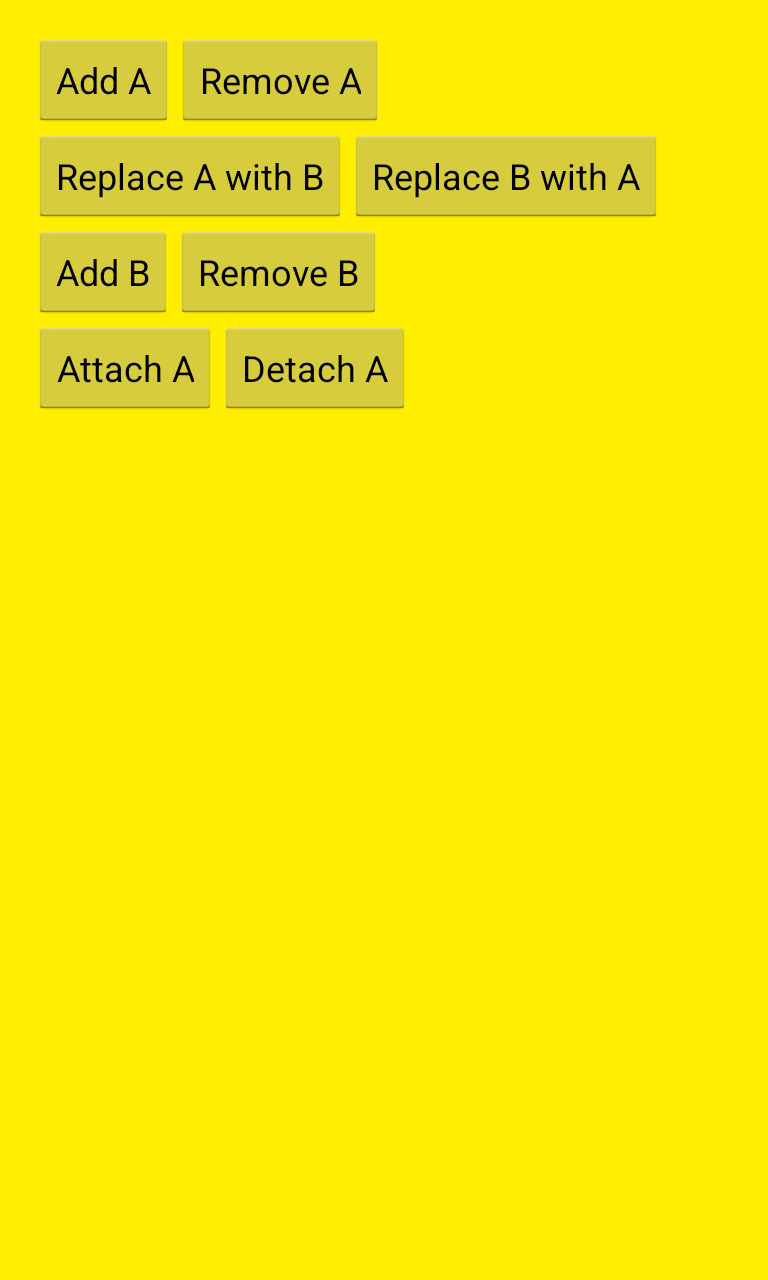
Repository: sbobhate/Android-Applications
Layout: Back Stack/res/layout/activity_main.xml
The author's editor kept a copy of each file at every save. The layout is drawn from the files as they stood at one save, then again after the next save.
It is drawn on a 768 x 1280 px phone screen (xhdpi) without system bars, with theme AppTheme; the app's code is not run.

Above is the layout before, as saved 2014-02-19 04:50:12.

After the next save:
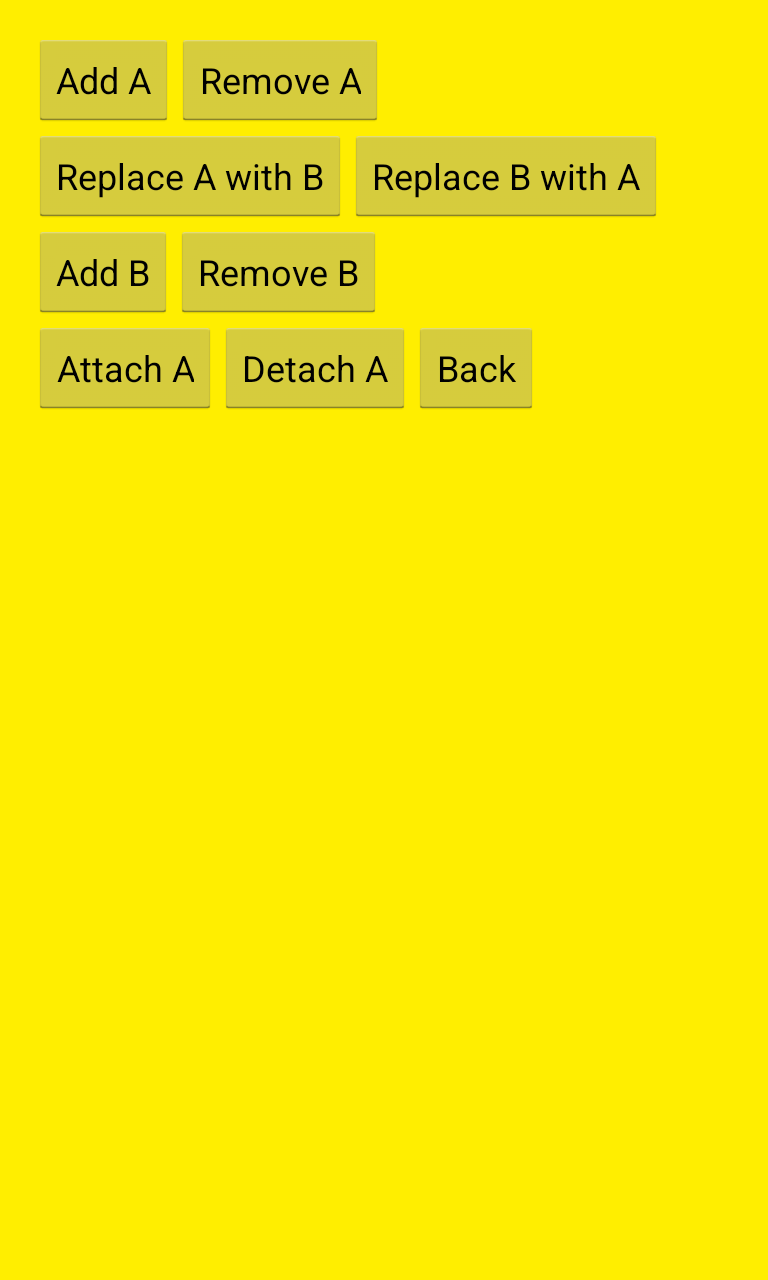
Saved 3 s later.
--- a/Back Stack/res/layout/activity_main.xml
+++ b/Back Stack/res/layout/activity_main.xml
@@ -89,6 +89,16 @@
         android:onClick="detachA"
         />
 
+    <Button
+        android:id="@+id/button9"
+        android:layout_width="wrap_content"
+        android:layout_height="wrap_content"
+        android:text="@string/back"
+        android:layout_alignBottom="@+id/button8"
+        android:layout_toRightOf="@+id/button8"
+        android:onClick="back"
+        />
+
     <LinearLayout
         android:id="@+id/group"
         android:orientation="vertical"
